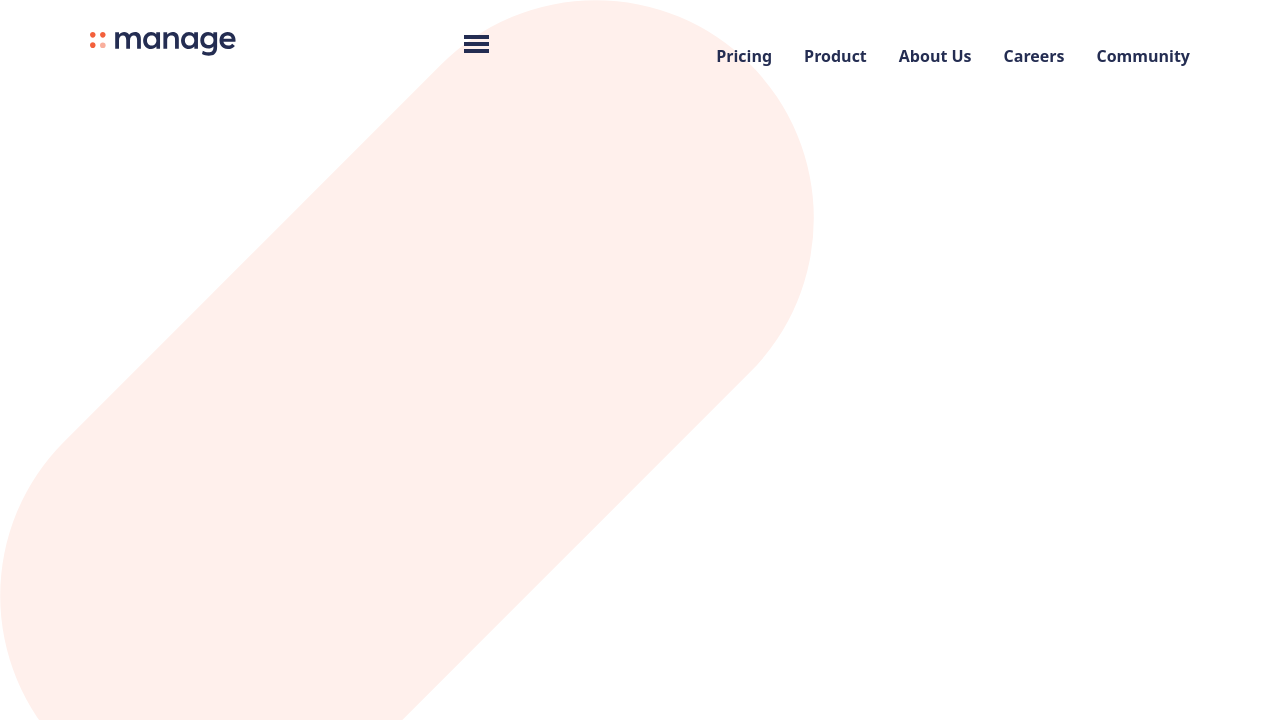
Repository: aqib-01/manage-landing-page
Page: /
The author's editor kept a copy of each file at every save. The page is drawn from the files as they stood at one save, then again after a run of saves.
The browser window is 1280 px wide. The pictures show the whole page.
The project was rebuilt for these pictures with package versions that can differ from the ones it lists, and the page was loaded fresh each time.

Above is the page before, as saved 2022-05-12 19:11:05.

### public/index.html
<!DOCTYPE html>
<html lang="en">
  <head>
    <meta charset="utf-8" />
    <link rel="icon" href="%PUBLIC_URL%/favicon.ico" />
    <meta name="viewport" content="width=device-width, initial-scale=1" />
    <meta name="theme-color" content="#000000" />
    <meta name="description" content="Manage Landing Page" />
    <link rel="apple-touch-icon" href="%PUBLIC_URL%/logo192.png" />

    <link rel="manifest" href="%PUBLIC_URL%/manifest.json" />

    <title>Manage Landing Page</title>
  </head>
  <body>
    <noscript>You need to enable JavaScript to run this app.</noscript>
    <div id="root"></div>
  </body>
</html>

### src/index.js
import React from "react";
import ReactDOM from "react-dom";
import "./css/tailwind.css";
import "./css/style.css";
import App from "./App";

ReactDOM.render(
  <React.StrictMode>
    <App />
  </React.StrictMode>,
  document.getElementById("root")
);

### src/css/style.css
.wrapper {
  width: 90%;
  max-width: 1100px;
  @apply mx-auto;
}

img {
  max-width: 100%;
}

html,
body {
  overflow-x: hidden;
}

body {
  position: relative;
}

.nav-intro-sect {
  background-image: url(../../public/images/bg-tablet-pattern.svg);
  background-repeat: no-repeat;
  background-size: contain;
  background-position: top -70px right -80px;
}

@media (min-width: 768px) {
  .nav-intro-sect {
    background-position: top -20px right -60px;
  }
}

nav {
  @apply bg-white absolute top-full  rounded-md text-lg
  font-bold left-0 right-0 mx-5 xs:mx-7 sm:mx-16 md:m-0 overflow-hidden
   text-dark-blue h-0 md:relative md:inset-auto md:overflow-visible
   md:bg-transparent md:text-base  z-30;
}

nav ul {
  @apply py-10 px-8 flex flex-col items-center gap-5 md:gap-8 md:flex-row md:p-0;
}

nav li a {
  @apply hover:opacity-50;
}

.get-start-btn {
  @apply font-bold  bg-bright-red px-7 py-3 rounded-full
  text-white hover:opacity-70;
  -webkit-box-shadow: 0 3px 8px rgba(0, 0, 0, 0.493);
          box-shadow: 0 3px 8px rgba(0, 0, 0, 0.493);
}

.get-start-btn-white {
  @apply font-bold  bg-white px-7 py-3 rounded-full
  text-bright-red hover:bg-very-pale-red;
}

.what-diff-head {
  position: relative;
  @apply flex items-stretch;
}

.what-diff-head::before {
  content: "";
  position: absolute;
  inset: 0;
  @apply bg-very-pale-red -z-10 rounded-full -right-full md:content-none;
}

.what-diff-head span {
  @apply bg-bright-red text-white px-6 rounded-full py-1.5 mr-3
    flex items-center;
}

.what-diff-head h4 {
  @apply font-semibold text-dark-blue flex items-center sm:text-lg md:text-xl;
}

.what-diff-desc {
  @apply text-dark-grayish-blue mt-5 md:mt-2 md:ml-20 text-sm sm:text-base;
}

.swiper-wrapper {
  -webkit-box-align: stretch !important;
      -ms-flex-align: stretch !important;
          align-items: stretch !important;
}

.swiper-wrapper .swiper-slide {
  height: auto;
}

.swiper-pagination-bullet {
  width: 10px !important;
  background-color: transparent !important;
  height: 10px !important;
  border: 2px solid #f25f3a !important;
}

.swiper-pagination-bullet-active {
  background-color: #f25f3a !important;
}

.simplify-sect {
  @apply bg-bright-red py-20;
  background-image: url(../../public/images/bg-simplify-section-mobile.svg);
  background-repeat: no-repeat;
}

@media (min-width: 768px) {
  .simplify-sect {
    background-image: url(../../public/images/bg-simplify-section-desktop.svg);
  }
}

.simplify-sect h2 {
  @apply text-4xl text-white font-semibold text-center
     md:text-left;
}

.simplify-sect button {
  @apply block mt-10 mx-auto md:m-0;
}

.footer-nav {
  @apply flex flex-col gap-3;
}

.footer-nav li a {
  @apply text-very-light-gray font-semibold hover:underline hover:opacity-50;
}

.social-links li button {
  @apply hover:opacity-50;
}

.social-links li button img {
  width: 25px;
}
/*# sourceMappingURL=style.css.map */

### src/App.js
import React from "react";
import Nav from "./components/Nav";

const App = () => {
  return (
    <>
      <Nav />
    </>
  );
};

export default App;

### src/components/Nav.js
import React, { useEffect, useState } from "react";
import gsap from "gsap";
import { ScrollTrigger } from "gsap/ScrollTrigger";
gsap.registerPlugin(ScrollTrigger);
const Nav = () => {
  const [isNavOpen, setIsNavOpen] = useState(false);
  const toggleNav = () => {
    setIsNavOpen(!isNavOpen);
  };
  useEffect(() => {
    let navShowEl = document.querySelector(".nav-show");
    let navHideEl = document.querySelector(".nav-hide");
    if (navShowEl) {
      gsap.to(navShowEl, {
        height: "auto",
        ease: "power",
      });
    }
    if (navHideEl) {
      gsap.to(navHideEl, {
        height: 0,
        duration: 0.2,
      });
    }
  }, [isNavOpen]);
  return (
    <>
      {isNavOpen && (
        <div className="bg-black fixed inset-0 bg-opacity-10"></div>
      )}

      <img
        className="fixed -z-20 max-w-none"
        src="images/bg-tablet-pattern.svg"
        alt=""
      />

      <header className=" ">
        <div className="wrapper py-8 relative">
          <div className="flex items-center justify-between">
            <div className="logo-main relative z-20">
              <img src="images/logo.svg" alt="Main Logo" />
            </div>
            <button className="ham-btn relative z-20 " onClick={toggleNav}>
              <img
                src={
                  isNavOpen
                    ? "images/icon-close.svg"
                    : "images/icon-hamburger.svg"
                }
                alt="Hamburger Icon"
              />
            </button>
            <nav className={isNavOpen ? "nav-show" : "nav-hide"}>
              <ul>
                <li>
                  <a href="#">Pricing</a>
                </li>
                <li>
                  <a href="#">Product</a>
                </li>
                <li>
                  <a href="#">About Us</a>
                </li>
                <li>
                  <a href="#">Careers</a>
                </li>
                <li>
                  <a href="#">Community</a>
                </li>
              </ul>
            </nav>
          </div>
        </div>
      </header>
    </>
  );
};

export default Nav;

### tailwind.config.js
module.exports = {
  content: ["./src/**/*.{js,jsx,ts,tsx}"],
  theme: {
    screens: {
      xs: "380px",
      sm: "640px",

      md: "768px",

      lg: "1024px",

      xl: "1280px",

      "2xl": "1536px",
    },
    extend: {
      colors: {
        "bright-red": "hsl(12, 88%, 59%)",
        "dark-blue": "hsl(228, 39%, 23%)",
        "dark-grayish-blue": "hsl(227, 12%, 61%)",
        "very-dark-blue": "hsl(233, 12%, 13%)",
        "very-pale-red": "hsl(13, 100%, 96%)",
        "very-light-gray": "hsl(0, 0%, 98%)",
      },
    },
  },
  plugins: [],
};

Loaded but not shown: src/css/tailwind.css (common file)

After the next 3 saves:
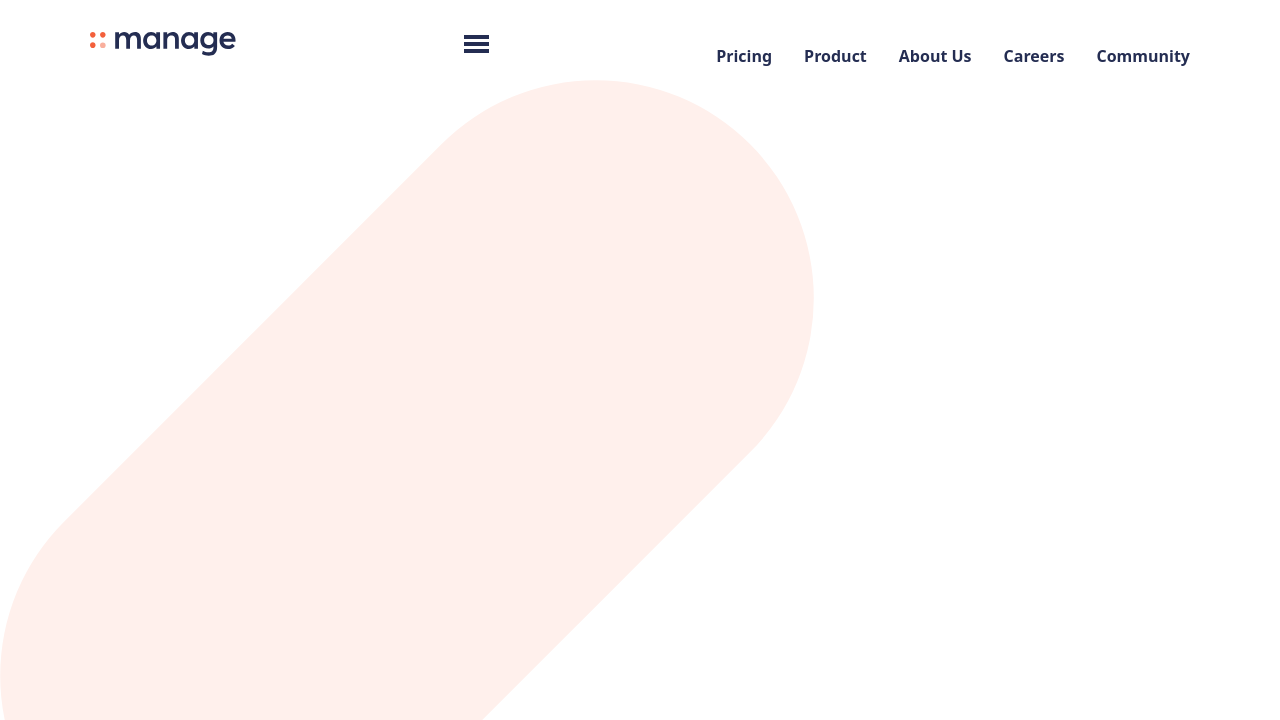
The 3 saves are shown as one change because they came seconds apart.
The last was saved 30 s later.
--- a/src/components/Nav.js
+++ b/src/components/Nav.js
@@ -30,7 +30,7 @@
       )}
 
       <img
-        className="fixed -z-20 max-w-none"
+        className="fixed top-20 -z-20 max-w-none"
         src="images/bg-tablet-pattern.svg"
         alt=""
       />
